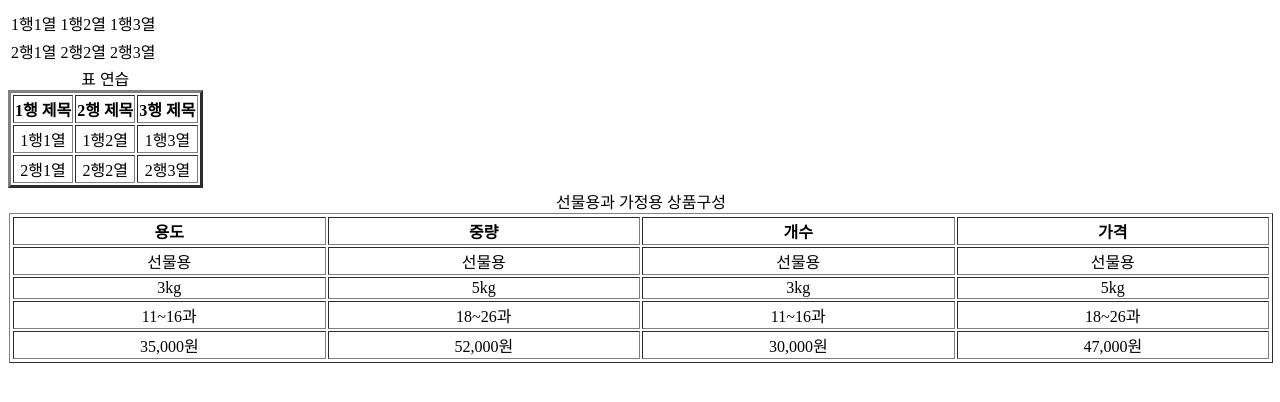
Repository: Kray273/JSLab
Page: html/src/main/webapp/Day96/table.html
An editor plug-in stored every save of this project. The page is shown before and after the next save, followed by the edit.
The browser window is 1280 px wide. The pictures show the whole page.

Above is the page before, as saved 2022-11-24 02:16:05.

After the next save:
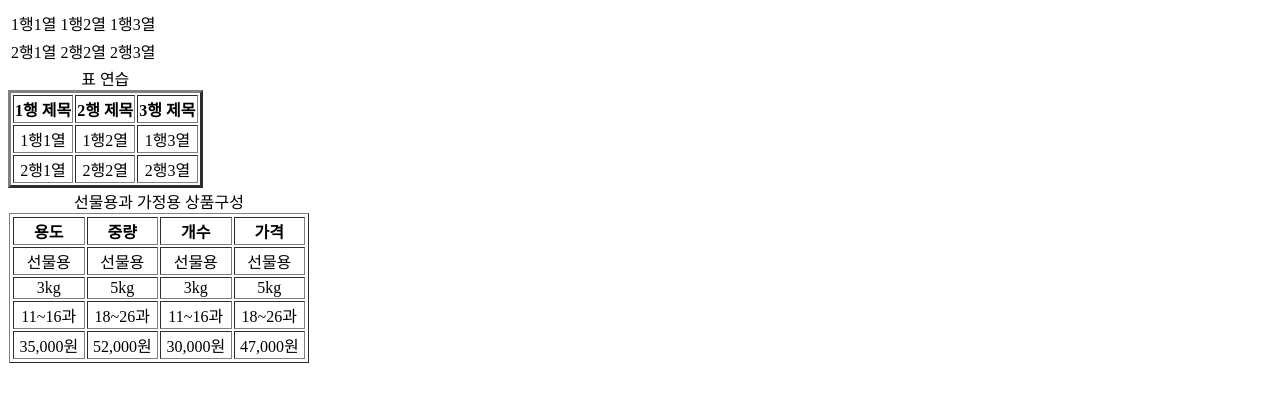
Saved 21 s later.
--- a/html/src/main/webapp/Day96/table.html
+++ b/html/src/main/webapp/Day96/table.html
@@ -30,7 +30,7 @@
 </table>
 
 <!-- 테이블 만들기 -->
-<table border="1" style="margin: 1px; padding: 1px; width: 100%;">
+<table border="1" style="margin: 1px; padding: 1px; width: 300px;">
 	<caption> 선물용과 가정용 상품구성</caption>
 	<!-- caption은 자동 가운데 정렬 -->
 	<thead>
